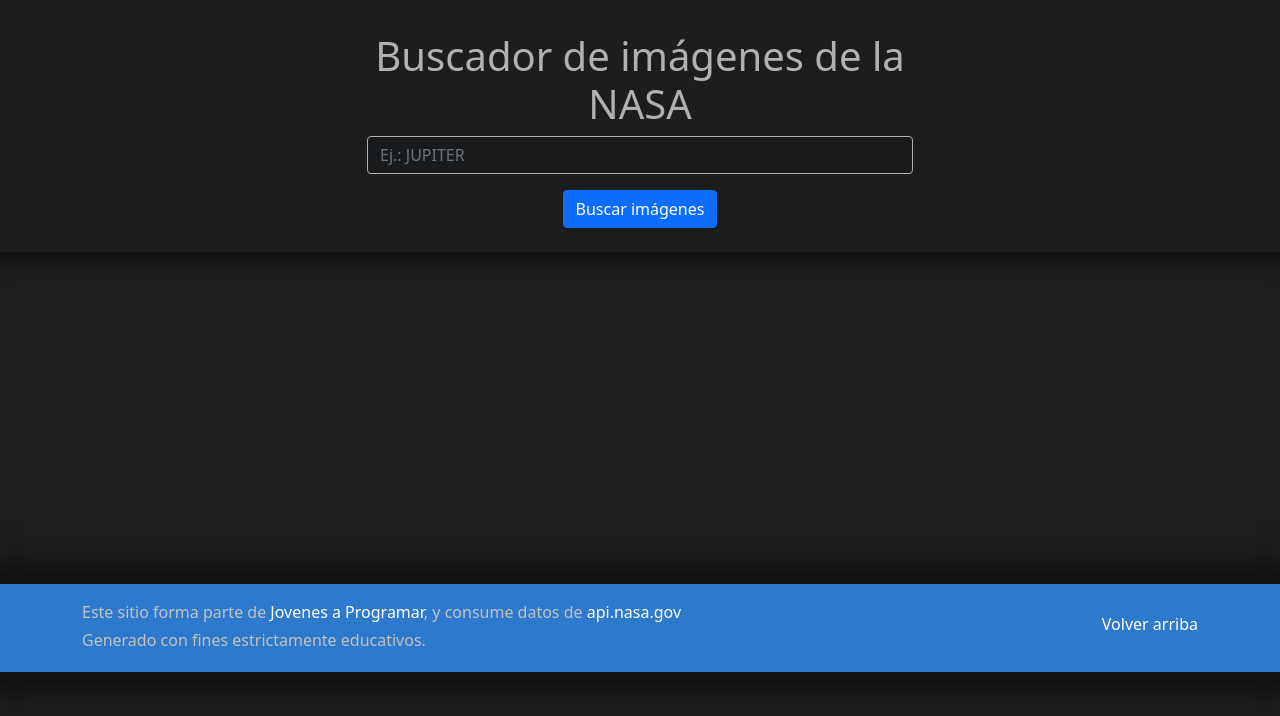
Repository: romancegirl/galaxies
Page: index.html
The author's editor kept a copy of each file at every save. The page is drawn from the files as they stood at one save, then again after the next save.
The browser window is 1280 px wide. The pictures show the whole page.

Above is the page before, as saved 2024-11-18 23:30:23.

After the next save:
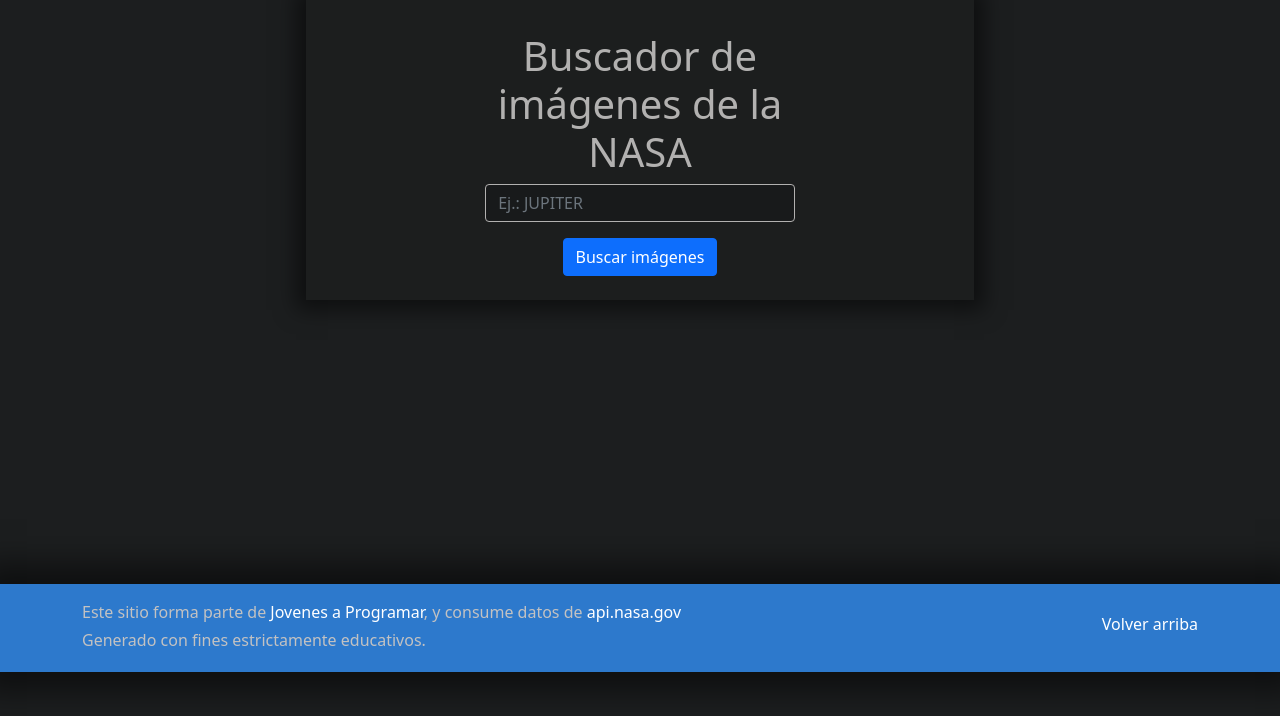
Saved 55 s later.
--- a/css/style.css
+++ b/css/style.css
@@ -7,8 +7,8 @@
 main {
     min-height: calc(100vh - 160px);
     justify-content: center; /* Centra el contenido dentro del main */
-    align-items: flex-start;
-    width: 100%;
+    align-items: center;
+    justify-items: center;
 }
 
 #intro {

After the 2 saves that followed:
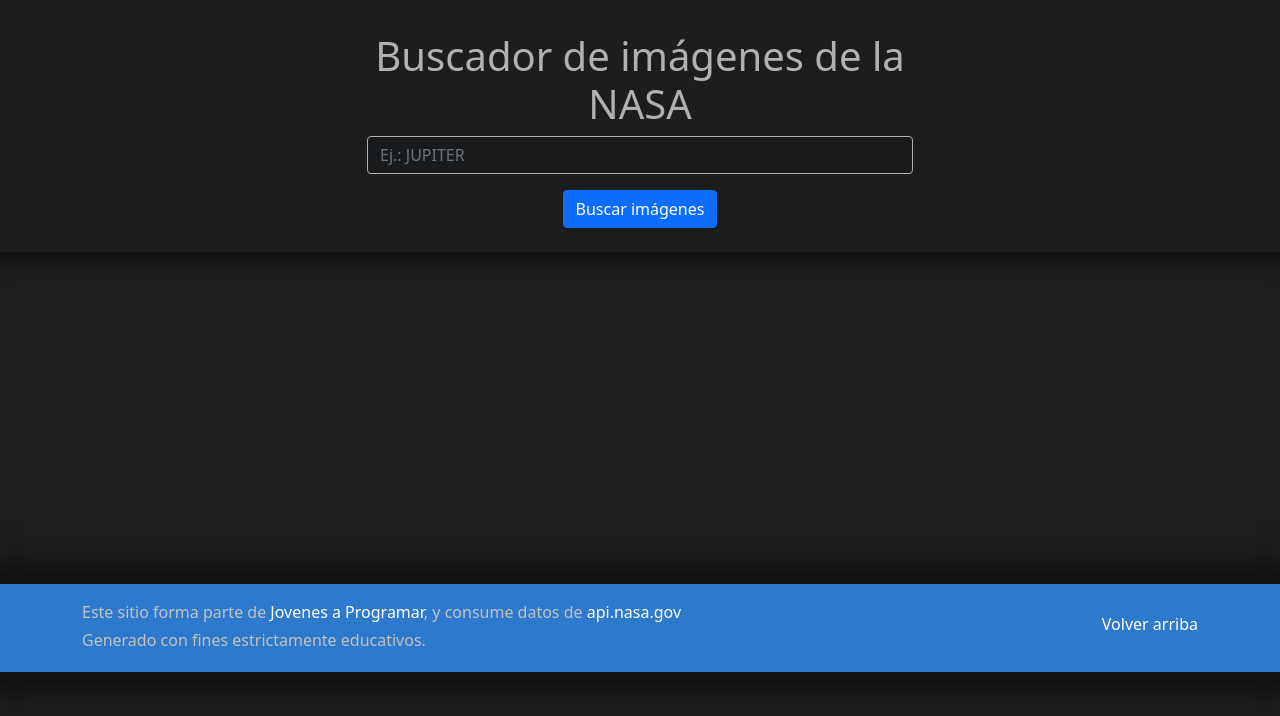
The 2 saves are shown as one change because 1 left the picture as it was.
The last was saved 48 s later.
--- a/css/style.css
+++ b/css/style.css
@@ -1,14 +1,10 @@
 body {
     background-color: #1C1E1F;
     color: #B2B1B0;
-
 }
 
 main {
     min-height: calc(100vh - 160px);
-    justify-content: center; /* Centra el contenido dentro del main */
-    align-items: center;
-    justify-items: center;
 }
 
 #intro {
@@ -42,6 +38,7 @@
     justify-content: center;
     gap: 1rem;
     align-items: center;
+    justify-items: center;
 }
 
 .card {
